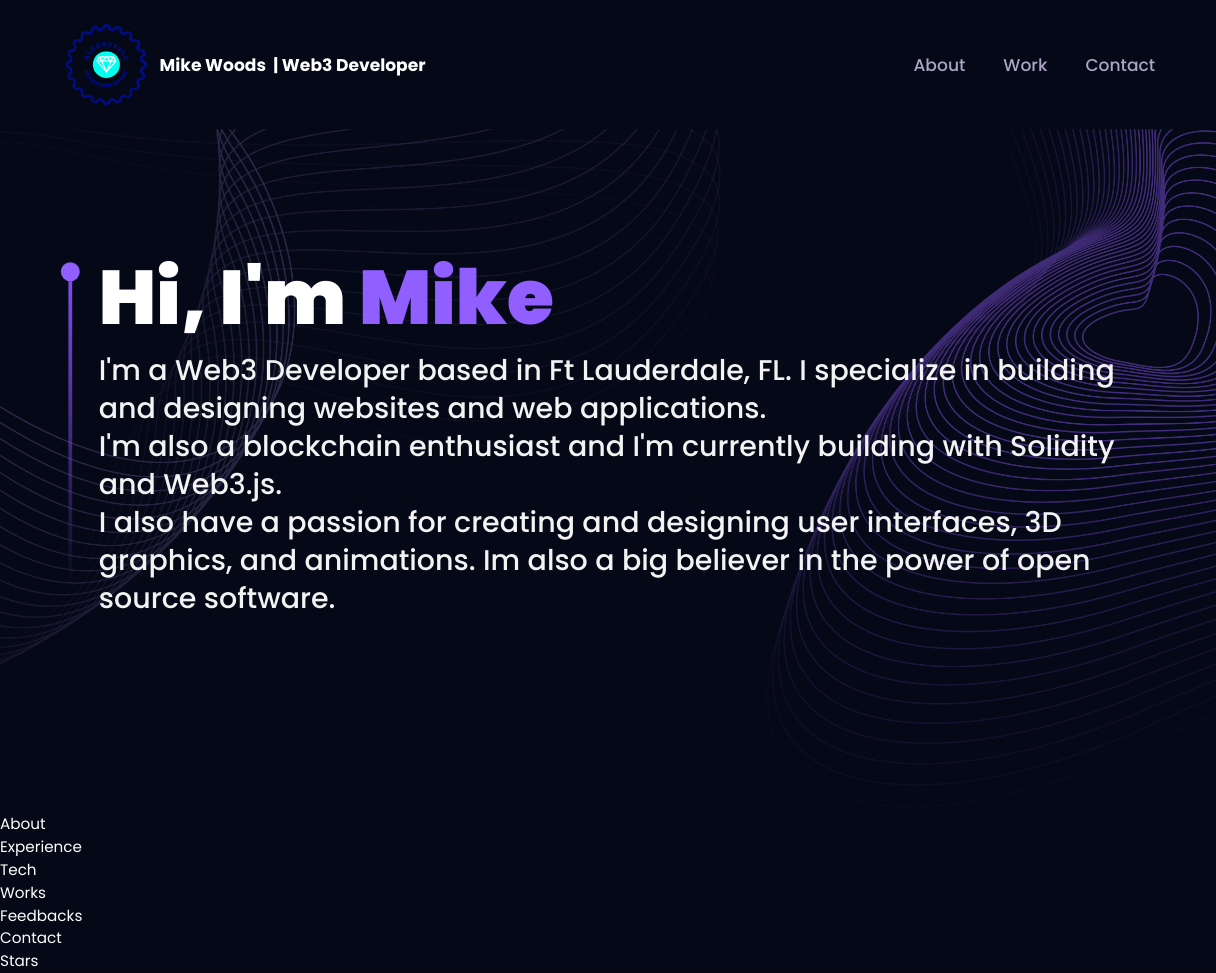
Repository: MikeeBuilds/3D-portfolio
Page: /
These files come from the project's save history. The page is drawn as it stood at one moment and after the next save; the edit follows.
The browser window is 1280 px wide. The pictures show the whole page, at 95% of full size.
The project was rebuilt for these pictures with package versions that can differ from the ones it lists, and the page was loaded fresh each time. Also part of the build but not shown: vite.config.js, src/components/canvas/Earth.jsx, src/components/canvas/Ball.jsx, src/components/canvas/Computers.jsx.

Above is the page before, as saved 2023-03-04 15:08:16.

After the next save:
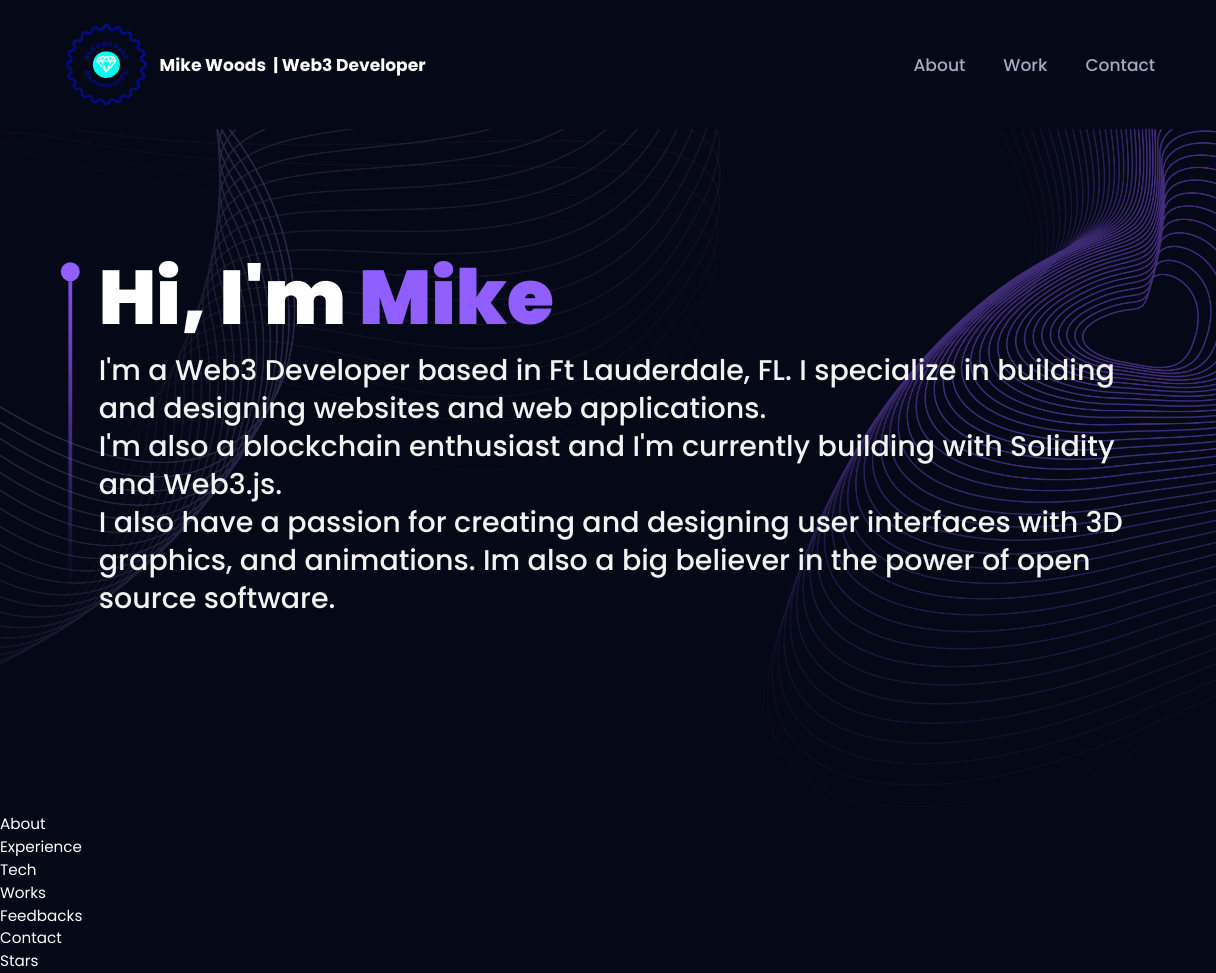
Saved 40 s later.
--- a/src/components/Hero.jsx
+++ b/src/components/Hero.jsx
@@ -20,7 +20,7 @@ const Hero = () => {
               I'm a Web3 Developer based in Ft Lauderdale, FL. I specialize in building and
                 designing websites and web applications. <br className='sm:block hidden' /> I'm also a blockchain enthusiast and
                 I'm currently building with Solidity and Web3.js. <br className='sm:block hidden' /> I also have a passion for
-                creating and designing user interfaces, 3D graphics, and animations.
+                creating and designing user interfaces with 3D graphics, and animations.
                 Im also a big believer in the power of open source software.
 
             </p>
